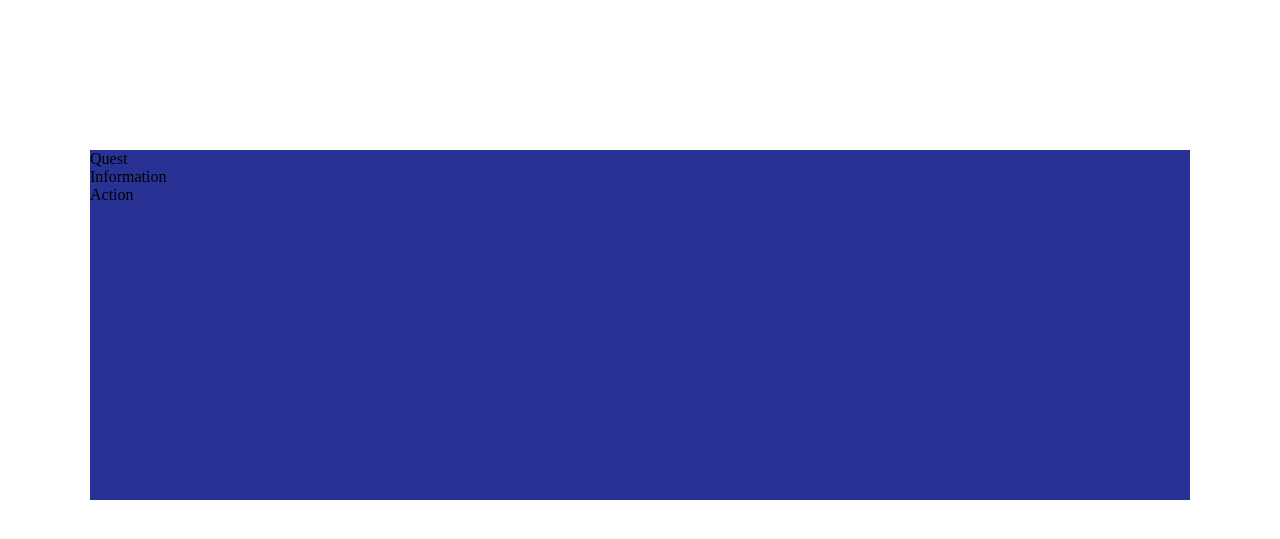
Repository: rahulnag7963/UBCHacks4.0
Page: /
These files come from the project's save history. The page is drawn as it stood at one moment and after the next save; the edit follows.
The browser window is 1280 px wide. The pictures show the whole page.
The project was rebuilt for these pictures with package versions that can differ from the ones it lists, and the page was loaded fresh each time.

Above is the page before, as saved 2022-11-26 02:37:01.

### public/index.html
<!DOCTYPE html>
<html lang="en">
  <head>
    <meta charset="utf-8" />
    <link rel="icon" href="%PUBLIC_URL%/favicon.ico" />
    <meta name="viewport" content="width=device-width, initial-scale=1" />
    <meta name="theme-color" content="#000000" />
    <meta
      name="description"
      content="Web site created using create-react-app"
    />
    <link rel="apple-touch-icon" href="%PUBLIC_URL%/logo192.png" />
    <link rel="manifest" href="%PUBLIC_URL%/manifest.json" />
    <title>BC Hacks 4.0 Game</title>
  </head>
  <body>
    <noscript>You need to enable JavaScript to run this app.</noscript>
    <div id="root"></div>
  </body>
</html>

### src/index.tsx
import React from 'react';
import ReactDOM from 'react-dom/client';
import './index.css';
import App from './app';

const root = ReactDOM.createRoot(
  document.getElementById('root') as HTMLElement
);

root.render(
  <React.StrictMode>
    <App />
  </React.StrictMode>
);

### src/app.tsx
import React from "react";
import "./app.css";
import Quest from "./Components/Quest";
import Information from "./Components/Information";
import Action from "./Components/Action";
function app() {
  return (
    <div className="app">
      <div className="Components">
        <Quest />
        <Information />
        <Action />
      </div>
    </div>
  );
}

export default app;

### src/app.css
.app {
    height: 350px;
    width: 1100px;
    background-color: rgb(39, 50, 148);
    margin-left: auto;
    margin-right: auto;
    margin-top: 150px;
    margin-bottom: 150px;


}

.component {
    text-align: center;
    padding: 250px;
}

### src/Components/Quest.tsx
import React from 'react'

const Quest = () => {
  return (
    <div>Quest</div>
  )
}

export default Quest

### src/Components/Information.tsx
import React from 'react'

const Information = () => {
  return (
    <div>Information</div>
  )
}

export default Information

### src/Components/Action.tsx
import React from 'react'

const Action = () => {
  return (
    <div>Action</div>
  )
}

export default Action

Loaded but not shown: src/index.css (common file)

After the next save:
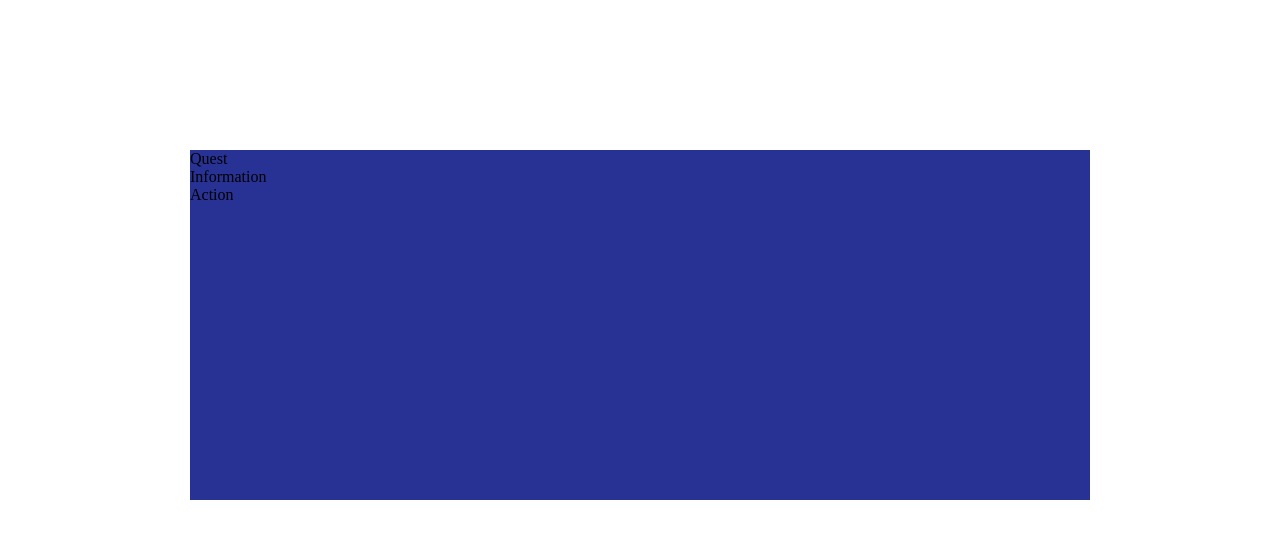
Saved 13 s later.
--- a/src/app.css
+++ b/src/app.css
@@ -1,6 +1,6 @@
 .app {
     height: 350px;
-    width: 1100px;
+    width: 900px;
     background-color: rgb(39, 50, 148);
     margin-left: auto;
     margin-right: auto;
